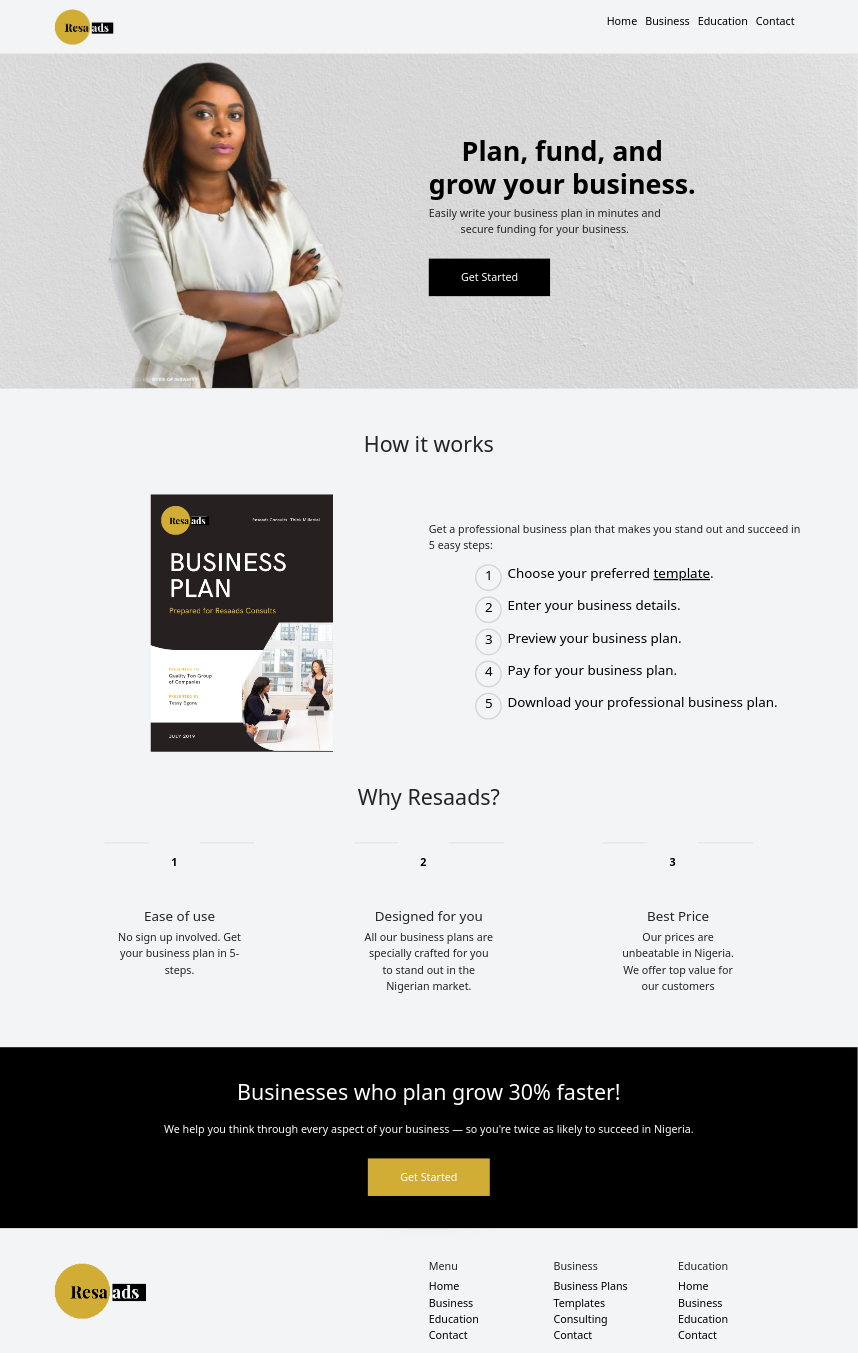
Repository: latenightsnacc/resaads-consults
Page: index.html
An editor plug-in stored every save of this project. The page is shown before and after the next save, followed by the edit.
The browser window is 1280 px wide. The pictures show the whole page, at 67% of full size.
Some web libraries are served in a nearby version.

Above is the page before, as saved 2021-08-05 13:53:11.

### index.html
<!DOCTYPE html>
<html lang="en">
<head>
    <meta charset="UTF-8">
    <meta http-equiv="X-UA-Compatible" content="IE=edge">
    <meta name="viewport" content="width=device-width, initial-scale=1.0">
    <!--Tailwind Css-->
    <link href="https://unpkg.com/tailwindcss@^2/dist/tailwind.min.css" rel="stylesheet">
    <!--Bootstrap CSS-->
    <link href="https://cdn.jsdelivr.net/npm/bootstrap@5.0.0-beta3/dist/css/bootstrap.min.css" rel="stylesheet" integrity="sha384-eOJMYsd53ii+scO/bJGFsiCZc+5NDVN2yr8+0RDqr0Ql0h+rP48ckxlpbzKgwra6" crossorigin="anonymous">
    <!--Font Awesome 5 CDN-->
    <link href="https://cdnjs.cloudflare.com/ajax/libs/font-awesome/5.13.0/css/all.min.css" rel="stylesheet">
    <!--Material Icons-->
    <link href="https://fonts.googleapis.com/css?family=Material+Icons|Material+Icons+Outlined|Material+Icons+Two+Tone|Material+Icons+Round|Material+Icons+Sharp" rel="stylesheet">
    <!--Google Font-->
    <link rel="preconnect" href="https://fonts.gstatic.com">
    <link href="https://fonts.googleapis.com/css2?family=Archivo:wght@400;700&display=swap" rel="stylesheet">
    <!--Page Title-->
    <title>Resaads Consults</title>

    <style>
        .primary-bg {
            background-color: #d2ad35 ;
        }
        a.primary:hover {
            color: #d2ad35;
            font-weight: 500;
        }
        .border-yellow-800 {
            border-color: #d2ad35 !important;
        }
        #banner {
            background-image: url('assets/images/pexels-lorenzo-242236.jpg');
            background-size: cover;
        }

    </style>
</head>
<body class="bg-gray-100">
    <header class="container">
        <nav class="flex flex-row h-20 w-full justify-between items-center">
            <a href="index.html" class="w-24">
                <img src="assets/logos/Logo-150px-removebg-preview.png" alt="" class="w-full">
            </a>
            <ul class="flex flex-row">
                <li class="mr-3">
                    <a href="index.html" class="text-black no-underline primary">Home</a>
                </li>
                <li class="mr-3">
                    <a href="" class=" text-black no-underline primary">Business</a>
                </li>
                <li class="mr-3">
                    <a href="" class=" text-black no-underline primary">Education</a>
                </li>
                <li class="mr-3">
                    <a href="" class="text-black no-underline primary">Contact</a>
                </li>
            </ul>
        </nav>
    </header>
    <main>
        <section id="banner">
            <div class="container">
                <div class="flex flex-col md:flex-row">
                    <div class="w-full md:w-1/2">
                        <img src="assets/images/Front-Banner-removebg-preview.png" alt="">
                    </div>
                    <div class="w-full md:w-1/2 flex flex-col justify-center items-center md:items-start">
                        <h1 class="text-black font-black text-center md:text-left">
                            Plan, fund, and
                            <br/><span>grow your business.</span>
                        </h1>
                        <p class="text-center md:text-left">Easily write your business plan in minutes and <br/>secure funding for your business. </p>
                        <a href="#" class="no-underline hover:no-underline my-3 md:my-0">
                            <button class="bg-black text-white py-3 px-5">Get Started</button>
                        </a>
                    </div>
                </div>
            </div>
        </section>
        <!--Spacer-->
        <div class="my-5"></div>
        <section id="how-it-works">
            <div class="container">
                <h2 class="text-center pt-3 pb-5">How it works</h2>
                <div class="flex flex-col md:flex-row">
                    <div class="w-full md:w-1/2">
                        <div class="flex justify-center h-96">
                            <img class="h-full" src="assets/images/Resaads Business Plan Cover.png" alt="">
                        </div>

                    </div>
                    <div class="w-full md:w-1/2 ">
                        <div class="flex h-full flex-col items-center justify-center">
                            <p class="my-3">Get a professional business plan that makes you stand out and succeed in 5 easy steps:</p>
                            <ol class="text-normal md:text-xl">
                                <li class="mb-2 text-black flex flex-row group">
                                    <span class="d-block w-10 h-10 border-gray-300 border-2 rounded-full text-center pb-3 mr-2 group-hover:border-yellow-800">1</span><span>Choose your preferred <a href="#" class="text-black primary">template</a>.</span>
                                </li>
                                <li class="mb-2 text-black flex flex-row group">
                                    <span class="d-block w-10 h-10 border-gray-300 border-2 rounded-full text-center pb-3 mr-2 group-hover:border-yellow-800">2</span><span>Enter your business details.</span>
                                </li>
                                <li class="mb-2 text-black flex flex-row group">
                                    <span class="d-block w-10 h-10 border-gray-300 border-2 rounded-full text-center pb-3 mr-2 group-hover:border-yellow-800">3</span><span>Preview your business plan.</span>
                                </li>
                                <li class="mb-2 text-black flex flex-row group">
                                    <span class="d-block w-10 h-10 border-gray-300 border-2 rounded-full text-center pb-3 mr-2 group-hover:border-yellow-800">4</span><span>Pay for your business plan.</span>
                                </li>
                                <li class="mb-2 text-black flex flex-row group">
                                    <span class="d-block w-10 h-10 border-gray-300 border-2 rounded-full text-center pb-3 mr-2 group-hover:border-yellow-800">5</span><span>Download your professional business plan.</span>
                                </li>

                            </ol>
                        </div>
                    </div>
                </div>
            </div>
        </section>
        <!--Spacer-->
        <div class="my-5"></div>
        <section id="why-resaads">
            <div class="container">
                <h2 class="text-center mb-5">Why Resaads?</h2>
                <div class="flex flex-row w-full ">
                    <div class="w-1/3 flex flex-col items-center">
                        <div class="relative w-56  hover:shadow-2xl border-t-2 border-t-gray-300 p-3">
                            <div class="absolute left-14 -top-5">
                                <div class="flex flex-row justify-center items-center bg-gray-100 rounded-full w-24 h-24">
                                    <div class="text-black font-black">1</div>
                                </div>
                            </div>
                            <div class="text-center">
                                <h5 class="mt-20">Ease of use</h5>
                                <p>No sign up involved. Get your business plan in 5-steps.</p>
                            </div>
                        </div>
                    </div>
                    <div class="w-1/3 flex flex-col items-center">
                        <div class="relative w-56  hover:shadow-2xl border-t-2 border-t-gray-300 p-3">
                            <div class="absolute left-14 -top-5">
                                <div class="flex flex-row justify-center items-center bg-gray-100 rounded-full w-24 h-24">
                                    <div class="text-black font-black">2</div>
                                </div>
                            </div>
                            <div class="text-center">
                                <h5 class="mt-20">Designed for you</h5>
                                <p>All our business plans are specially crafted for you to stand out in the Nigerian market.</p>
                            </div>
                        </div>
                    </div>
                    <div class="w-1/3 flex flex-col items-center">
                        <div class="relative w-56  hover:shadow-2xl border-t-2 border-t-gray-300 p-3">
                            <div class="absolute left-14 -top-5">
                                <div class="flex flex-row justify-center items-center bg-gray-100 rounded-full w-24 h-24">
                                    <div class="text-black font-black">3</div>
                                </div>
                            </div>
                            <div class="text-center">
                                <h5 class="mt-20">Best Price</h5>
                                <p>Our prices are unbeatable in Nigeria. We offer top value for our customers</p>
                            </div>
                        </div>
                    </div>
                </div>
            </div>
        </section>
        <!--Spacer-->
        <div class="my-5"></div>
        <section class="bg-black text-white py-5">
            <div class="container">
                <h2 class="text-center">Businesses who plan grow 30% faster!</h2>
                <div class="flex flex-col items-center">
                    <p class="text-center py-3">We help you think through every aspect of your business — so you're twice as likely to succeed in Nigeria.</p>
                    <a href="#" class="">
                        <button class="primary-bg text-white py-3 px-5 shadow-2xl">Get Started</button>
                    </a>
                </div>
            </div>
        </section>
    </main>
    <!--Spacer-->
    <div class="my-5"></div>
    <footer>
        <div class="container">
            <div class="flex flex-row items-start">
                <div class="w-1/2">
                    <a href="index.html" class="w-24">
                        <img src="assets/logos/Logo-150px-removebg-preview.png" alt="" class="" data-title="Photo by Kampus Production from Pexels">
                    </a>
                </div>
                <div class="w-1/2">
                    <div class="flex flex-row">
                        <div class="w-1/3">
                            <h6>Menu</h6>
                            <ul class="flex flex-col justify-start pl-0">
                                <li>
                                    <a href="index.html" class="text-black no-underline primary">Home</a>
                                </li>
                                <li>
                                    <a href="index.html" class="text-black no-underline primary">Business</a>
                                </li>
                                <li>
                                    <a href="index.html" class="text-black no-underline primary">Education</a>
                                </li>
                                <li>
                                    <a href="index.html" class="text-black no-underline primary">Contact</a>
                                </li>
                            </ul>
                        </div>
                        <div class="w-1/3">
                            <h6>Business</h6>
                            <ul class="flex flex-col justify-start pl-0">
                                <li>
                                    <a href="index.html" class="text-black no-underline primary">Business Plans</a>
                                </li>
                                <li>
                                    <a href="index.html" class="text-black no-underline primary">Templates</a>
                                </li>
                                <li>
                                    <a href="index.html" class="text-black no-underline primary">Consulting</a>
                                </li>
                                <li>
                                    <a href="index.html" class="text-black no-underline primary">Contact</a>
                                </li>
                            </ul>
                        </div>
                        <div class="w-1/3">
                            <h6>Education</h6>
                            <ul class="flex flex-col justify-start pl-0">
                                <li>
                                    <a href="index.html" class="text-black no-underline primary">Home</a>
                                </li>
                                <li>
                                    <a href="index.html" class="text-black no-underline primary">Business</a>
                                </li>
                                <li>
                                    <a href="index.html" class="text-black no-underline primary">Education</a>
                                </li>
                                <li>
                                    <a href="index.html" class="text-black no-underline primary">Contact</a>
                                </li>
                            </ul>
                        </div>
                    </div>
                </div>
            </div>
        </div>
    </footer>
</body>
</html>

After the next save:
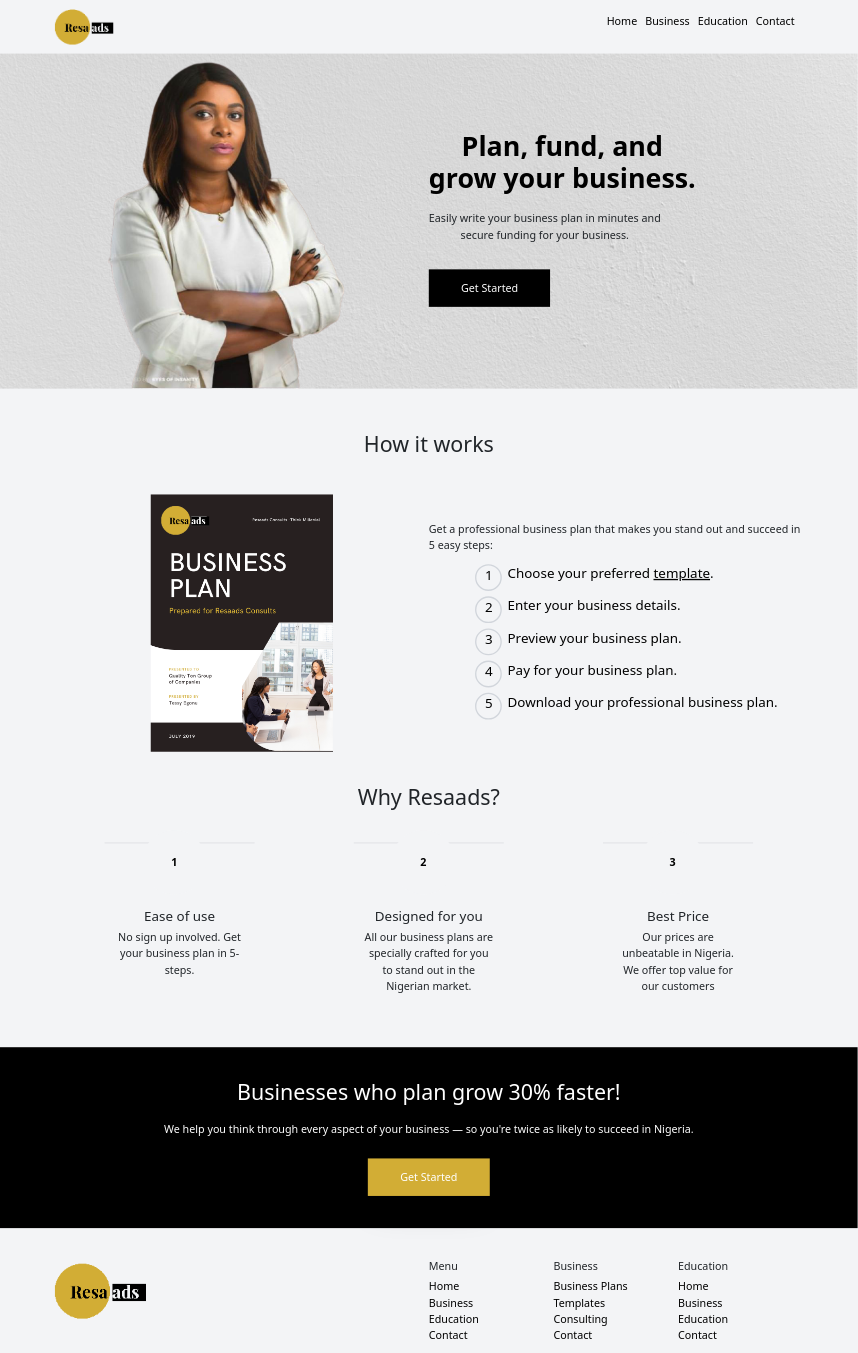
Saved 24 s later.
--- a/index.html
+++ b/index.html
@@ -66,11 +66,11 @@
                         <img src="assets/images/Front-Banner-removebg-preview.png" alt="">
                     </div>
                     <div class="w-full md:w-1/2 flex flex-col justify-center items-center md:items-start">
-                        <h1 class="text-black font-black text-center md:text-left">
+                        <h1 class="text-black font-black text-center md:text-left py-2">
                             Plan, fund, and
                             <br/><span>grow your business.</span>
                         </h1>
-                        <p class="text-center md:text-left">Easily write your business plan in minutes and <br/>secure funding for your business. </p>
+                        <p class="text-center py-2 md:text-left">Easily write your business plan in minutes and <br/>secure funding for your business. </p>
                         <a href="#" class="no-underline hover:no-underline my-3 md:my-0">
                             <button class="bg-black text-white py-3 px-5">Get Started</button>
                         </a>
